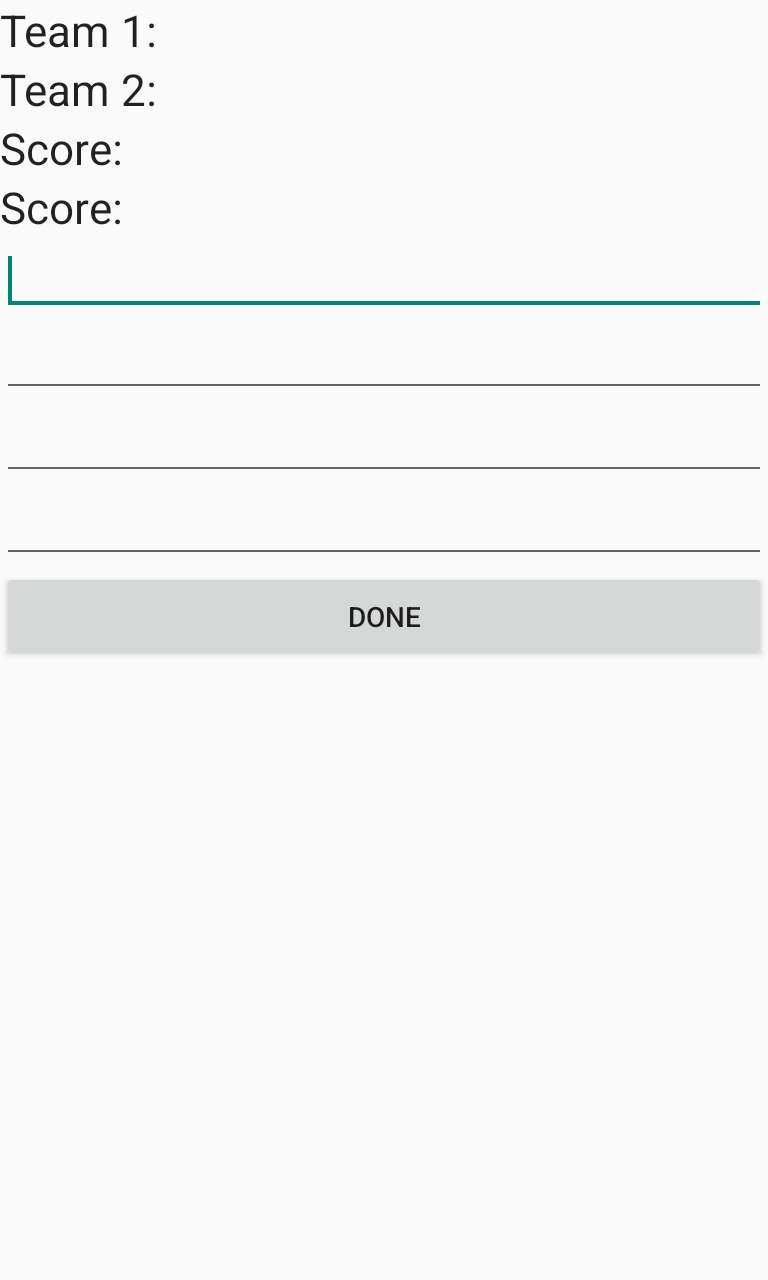
Repository: charlesweng/school
Layout: simpleandroidapps/GettingToKnowUIActivities/charleswengScoringProject/charleswengScoring/res/layout/fragment_teamdialog.xml
These files come from the project's save history. The layout is drawn as it stood at one moment and after the next save; the edit follows.
It is drawn on a 768 x 1280 px phone screen (xhdpi) without system bars, with theme AppTheme; the app's code is not run.

Above is the layout before, as saved 2014-04-26 15:41:10.

After the next save:
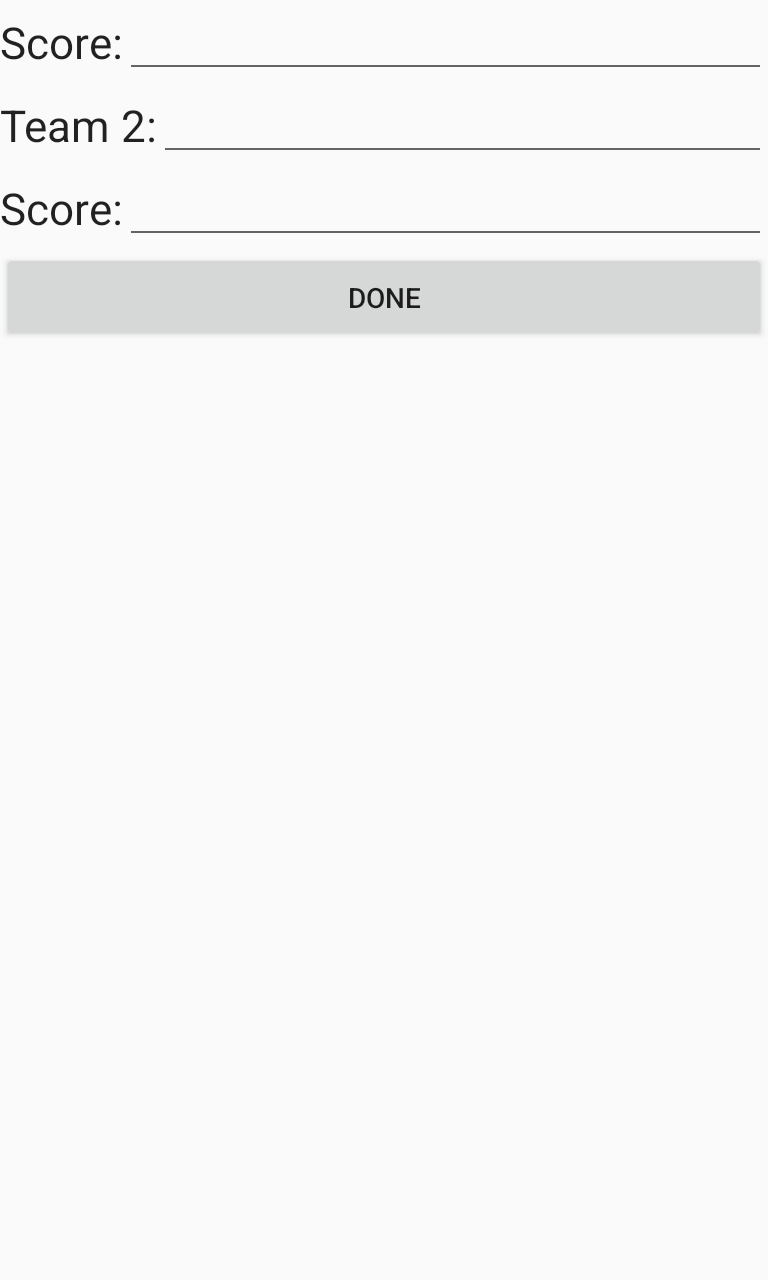
Saved 2 min 53 s later.
--- a/simpleandroidapps/GettingToKnowUIActivities/charleswengScoringProject/charleswengScoring/res/layout/fragment_teamdialog.xml
+++ b/simpleandroidapps/GettingToKnowUIActivities/charleswengScoringProject/charleswengScoring/res/layout/fragment_teamdialog.xml
@@ -1,9 +1,10 @@
 <?xml version="1.0" encoding="utf-8"?>
-<LinearLayout xmlns:android="http://schemas.android.com/apk/res/android"
+<RelativeLayout xmlns:android="http://schemas.android.com/apk/res/android"
     android:layout_width="match_parent"
     android:layout_height="match_parent"
     android:orientation="vertical" >
 
+    <LinearLayout>
     <TextView
         android:id="@+id/team1name"
         android:layout_width="wrap_content"
@@ -13,6 +14,20 @@
         android:layout_alignBaseline="@+id/editTeam1"
         android:text="@string/team_1_edit"
         android:textAppearance="?android:attr/textAppearanceLarge" />
+	<EditText
+        android:id="@+id/editTeam1"
+        android:layout_width="fill_parent"
+        android:layout_height="wrap_content"
+        android:layout_alignParentRight="true"
+        android:layout_alignParentTop="true"
+        android:layout_toRightOf="@+id/team1name"
+        android:inputType="text"
+        android:ems="10" >
+        <requestFocus />
+    </EditText>
+
+    </LinearLayout>
+
 
     <TextView
         android:id="@+id/team2name"
@@ -44,17 +59,7 @@
         android:text="@string/score"
         android:textAppearance="?android:attr/textAppearanceLarge" />
 
-    <EditText
-        android:id="@+id/editTeam1"
-        android:layout_width="fill_parent"
-        android:layout_height="wrap_content"
-        android:layout_alignParentRight="true"
-        android:layout_alignParentTop="true"
-        android:layout_toRightOf="@+id/team1name"
-        android:inputType="text"
-        android:ems="10" >
-        <requestFocus />
-    </EditText>
+
 
     <EditText
         android:id="@+id/editTeam2"
@@ -98,4 +103,4 @@
         android:text="@string/done"
 	/>
 
-</LinearLayout>
+</RelativeLayout>
